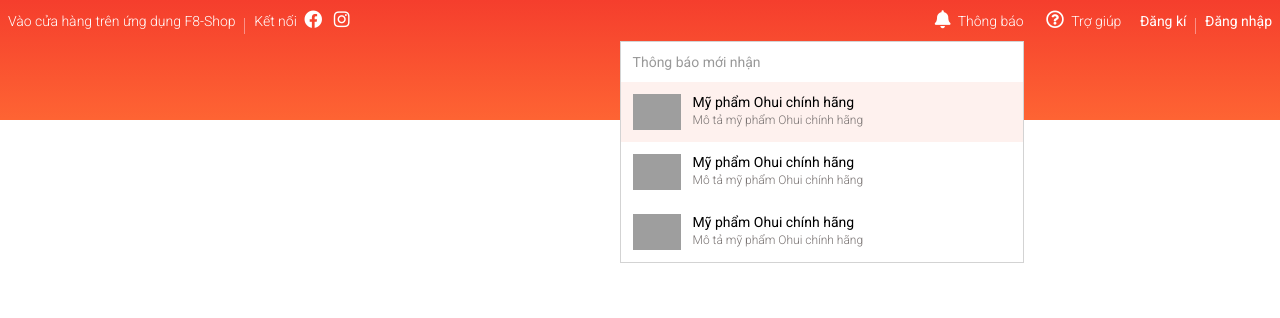
Repository: phunobi1807/shopee
Page: index.html
An editor plug-in stored every save of this project. The page is shown before and after the next save, followed by the edit.
The browser window is 1280 px wide. The pictures show the whole page.
Pictures or frames that could not be fetched are drawn as grey boxes.

Above is the page before, as saved 2021-06-13 12:19:32.

### index.html
<!DOCTYPE html>
<html lang="en">

<head>
    <meta charset="UTF-8">
    <meta http-equiv="X-UA-Compatible" content="IE=edge">
    <meta name="viewport" content="width=device-width, initial-scale=1.0">
    <title>Document</title>
    <link rel="stylesheet" href="https://cdnjs.cloudflare.com/ajax/libs/normalize/8.0.1/normalize.min.css">
    <link rel="stylesheet" href="./assets/css/base.css">
    <link rel="stylesheet" href="./assets/css/main.css">
    <link rel="stylesheet"
        href="./assets/fonts/fontawesome-free-5.15.3-web/fontawesome-free-5.15.3-web/css/all.min.css">
    <link rel="preconnect" href="https://fonts.gstatic.com">
    <link href="https://fonts.googleapis.com/css2?family=Roboto:wght@300;400;500&display=swap" rel="stylesheet">
</head>

<body>
    <div class="app">
        <header class="header">
            <div class="grid">
                <nav class="header__navbar">
                    <ul class="header__navbar-list">
                        <li class="header__navbar-item header__navbar-item--has-qr header__navbar-item--separate">
                            Vào cửa hàng trên ứng dụng F8-Shop
                            <div class="header__qr">
                                <img src="./assets/img/QR_code.png" alt="QR code" class="header__qr-img">
                                <div class="header__qr-apps">
                                    <a href="" class="header__qr-link">
                                        <img src="./assets/img/app_store.png" alt="Google Play"
                                            class="header__qr-download-img">
                                    </a>
                                    <a href="" class="header__qr-link">
                                        <img src="./assets/img/gg_play.png" alt="App Store"
                                            class="header__qr-download-img">
                                    </a>
                                </div>
                            </div>
                        </li>
                        <li class="header__navbar-item">
                            <span class="header__navbar-title--no-pointer">Kết nối</span>
                            <a href="" class="header__navbar-icon-link">
                                <i class="header__navbar-icon fab fa-facebook"></i>
                            </a>
                            <a href="" class="header__navbar-icon-link">
                                <i class="header__navbar-icon fab fa-instagram"></i>
                            </a>
                        </li>
                    </ul>
                    <ul class="header__navbar-list">
                        <li class="header__navbar-item">
                            <a href="" class="header__navbar-item-link">
                                <i class="header__navbar-icon fas fa-bell"></i>
                                Thông báo
                            </a>
                            <div class="header__notify">
                                <header class="header__notify-header">
                                    <h3>Thông báo mới nhận</h3>
                                </header>
                                <ul class="header__notify-list">
                                    <li class="header__notify-item header__notify-item-viewed">
                                        <a href="" class="header__notify-link">
                                            <img src="https://cf.shopee.vn/file/5fbf9049e4439e01d27d8f14388c46f8_tn" alt="" class="header__notify-img">
                                            <div class="header__notify-info">
                                                <span class="header__notify-name">Mỹ phẩm Ohui chính hãng</span>
                                                <span class="header__notify-description">Mô tả mỹ phẩm Ohui chính
                                                    hãng</span>
                                            </div>
                                        </a>
                                    </li>
                                    <li class="header__notify-item">
                                        <a href="" class="header__notify-link">
                                            <img src="https://cf.shopee.vn/file/5fbf9049e4439e01d27d8f14388c46f8_tn" alt="" class="header__notify-img">
                                            <div class="header__notify-info">
                                                <span class="header__notify-name">Mỹ phẩm Ohui chính hãng</span>
                                                <span class="header__notify-description">Mô tả mỹ phẩm Ohui chính
                                                    hãng</span>
                                            </div>
                                        </a>
                                    </li>
                                    <li class="header__notify-item ">
                                        <a href="" class="header__notify-link">
                                            <img src="https://cf.shopee.vn/file/5fbf9049e4439e01d27d8f14388c46f8_tn" alt="" class="header__notify-img">
                                            <div class="header__notify-info">
                                                <span class="header__notify-name">Mỹ phẩm Ohui chính hãng</span>
                                                <span class="header__notify-description">Mô tả mỹ phẩm Ohui chính
                                                    hãng</span>
                                            </div>
                                        </a>
                                    </li>
                                </ul>
                            </div>
                        </li>
                        <li class="header__navbar-item">
                            <a href="" class="header__navbar-item-link">
                                <i class="header__navbar-icon far fa-question-circle"></i>
                                Trợ giúp
                            </a>
                        </li>
                        <li class="header__navbar-item header__navbar-item--strong header__navbar-item--separate">Đăng
                            kí</li>
                        <li class="header__navbar-item header__navbar-item--strong">Đăng nhập</li>
                    </ul>
                </nav>
            </div>
        </header>
        <div class="container">

        </div>
        <footer class="footer">

        </footer>
    </div>
</body>

</html>

### assets/css/base.css
:root
{
    --primary-color:#ee4d2d;
    --white-color: #fff;
    --black-color: #000;
    --text-color: #333;
}

*
{
    box-sizing: inherit;
}

html
{
    /* 10px */
    font-size: 62.5%;
    line-height: 1.6rem;
    font-family: 'Roboto', sans-serif;
    box-sizing: border-box;
}

.grid
{
    width: 1850px;
    max-width: 100%;
    margin: 0 auto;
}

.grid__full-width
{
    width: 100%;
}

.grid__row
{
    display: flex;
    flex-wrap: wrap;
}
/* Animation */
@keyframes fadeIn
{
    from
    {
        opacity: 0;
    }
    to
    {
        opacity: 1;
    }
}

### assets/css/main.css
.header
{
    height: 120px;
    background-image: linear-gradient(0, #fe6433, #f53e2d);
}
.header__navbar
{
    display: flex;
    justify-content: space-between;
}
.header__navbar-list
{
    list-style: none;
    padding-left: 0;
}
.header__navbar-item
{
    position: relative;
    margin: 0px 8px;
    min-height: 26px;
}
.header__navbar-item--has-qr:hover .header__qr
{
    display: block;
}
.header__navbar-item,
.header__navbar-item-link
{
    display: inline-block;
    font-size: 1.4rem;
    color: var(--white-color);
    text-decoration: none;
    font-weight: 300;
}
.header__navbar-item:hover,
.header__navbar-icon-link:hover,
.header__navbar-item-link:hover
{
    color: rgba(255, 255, 255, 0.7);
    cursor: pointer;
}
.header__navbar-item--strong
{
    font-weight: 400;
}
.header__navbar-item--separate::after
{
    content: "";
    display: block;
    position: absolute;
    border-left: 1px solid #FB9086;
    height: 16px;
    right: -9px;
    top: 50%;
    transform: translateY(-50%);
}

.header__navbar-icon-link
{
    color: var(--white-color);
    text-decoration: none;
}
.header__navbar-icon
{
    font-size: 1.8rem;
    margin: 0px 4px;

}
.header__navbar-title--no-pointer
{
    cursor: text;
    color: var(--white-color);
}
/* Header QR code  */
.header__qr
{
    background-color: var(--white-color);
    width: 186px;
    position: absolute;
    left: 0;
    top: 118%;
    padding: 8px;
    border-radius: 2px;
    display: none;
    animation:  fadeIn ease-in 0.3s;

}
.header__qr::before
{
    position: absolute;
    left: 0;
    top: -16px;
    width: 100%;
    height: 20px;
    content: "";
    display: block;

}
.header__qr-img
{
width: 100%;
}
.header__qr-apps
{
    display: flex;
    justify-content: space-between;
}
.header__qr-link:nth-child(1)
{
    margin-left: 11px;
}
.header__qr-link:nth-child(2)
{
    margin-right: 11px;
}
.header__qr-download-img
{
    height: 15px;
}

/* Header notification  */
.header__notify
{
    position: absolute;
    top: 118%;
    right: 0;
    width: 404px;
    border: 1px solid #D3D3D3;
    background-color: var(--white-color);
}
.header__notify-header
{
    height: 40px;
    background-color: var(--white-color);
}
.header__notify-header h3
{
    color: #999;
    margin: 0 0 0 12px;
    font-weight: 400;
    font-size: 1.4rem;
    line-height: 40px;
}
.header__notify-list
{
    padding-left: 0;
}
.header__notify-item
{
   display: flex;
}
.header__notify-item:hover
{
    background-color: #f7f7f7;
}
.header__notify-item-viewed
{
    background-color: rgba(238, 77, 45, 0.08);
}
.header__notify-link
{
    display: flex;
    width: 100%;
    padding: 12px;
    text-decoration: none;

}
.header__notify-img
{
    width: 48px;
    object-fit: contain;
}
.header__notify-info
{
    margin-left: 12px;
}

.header__notify-name
{
    display: block;
    font-size: 1.4rem;
    color: var(--black-color);
    font-weight: 400;
}
.header__notify-description
{
display: block;
font-size: 1.2rem;
line-height: 2rem;
color: #756F6E;
}

Loaded but not shown: assets/fonts/fontawesome-free-5.15.3-web/fontawesome-free-5.15.3-web/css/all.min.css (library)

After the next save:
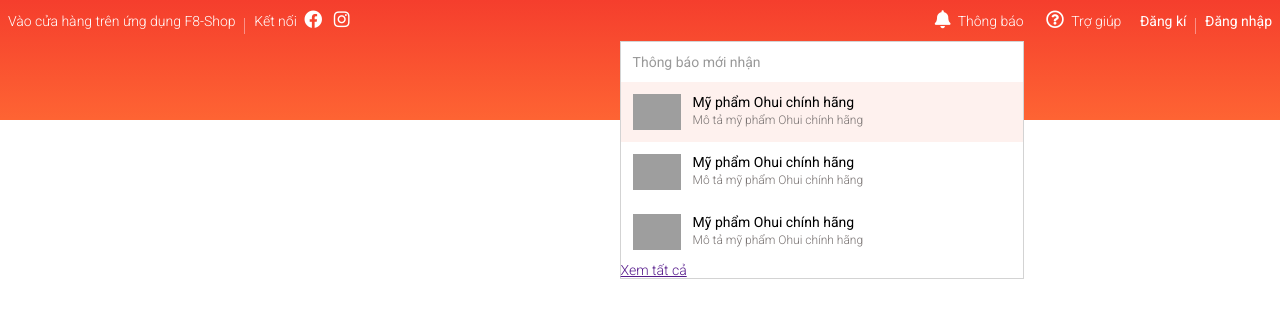
Saved 101 s later.
--- a/index.html
+++ b/index.html
@@ -89,6 +89,9 @@
                                         </a>
                                     </li>
                                 </ul>
+                                <footer class="header__notify-footer">
+                                    <a href="" class="header__notify-footer-btn">Xem tất cả</a>
+                                </footer>
                             </div>
                         </li>
                         <li class="header__navbar-item">
